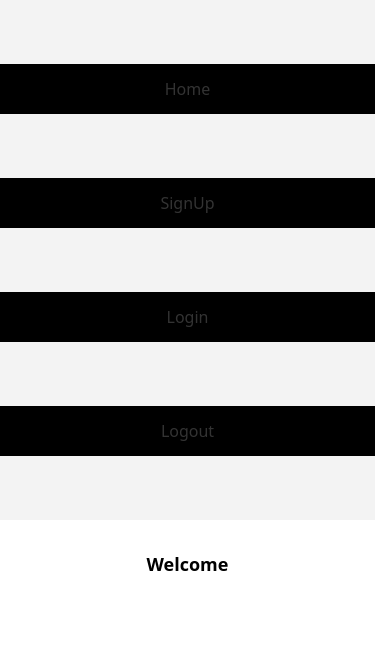
Repository: Ndifoinhilary/authentication
Page: http://localhost/
These files come from the project's save history. The page is drawn as it stood at one moment and after the next save; the edit follows.
The browser window is 375 px wide. The pictures show the whole page.
The page is served by the project's application, run on Django 3.2 (manage.py). Other server files are loaded and not shown.

Above is the page before, as saved 2024-01-03 10:36:09.

### Auth/templates/home.html
{% load static %}
<!DOCTYPE html>
<html lang="en">
<head>
    <meta charset="UTF-8">
    <meta name="viewport" content="width=device-width, initial-scale=1.0">
    <link rel="stylesheet" href="{% static 'css/home.css' %}">
    <title>Home</title>
</head>
<body>
    <nav class="navbar">
        <a href="#">Home</a>
        <a href="#">SignUp</a>
        <a href="#">Login</a>
        <a href="#">Logout</a>
    </nav>
    <div class="center">

        {% if user.is_authenticated %}
            <h1> Welcome {user.email}  </h1>
            {% else %}
            <h1> Welcome   </h1>
        {% endif %}

    </div>
</body>
</html>

### Auth/views.py
# pylint: disable=unused-argument
from django.shortcuts import render, redirect
from django.contrib import messages
from django.contrib.auth import authenticate, login
from Auth.forms import RegistrationForm

# Create your views here.


def homePage(request):
    user = request.user
    return render(request, "home.html", {"user": user})


def registerUser(request):
    form = RegistrationForm()

    if request.method == "POST":
        form = RegistrationForm(request.POST)
        if form.is_valid():
            user = form.save(commit=False)
            user.email = user.email.lower()
            user.save()

            messages.success(request, "Your account has been created successfully")

            if user is not None:
                login(request, user)
                return redirect("home")
        else:
            messages.error(request, "Check your credentials and try again")
    return render(request, "login.html", {"form": form})


def loginUser(request):
    pass


def logoutUser(request):
    pass

### authentication/urls.py
from django.contrib import admin
from django.urls import path, include
from django.conf import settings
from django.conf.urls.static import static

urlpatterns = [path("admin/", admin.site.urls), path("", include("Auth.urls"))]


urlpatterns += static(settings.MEDIA_URL, document_root=settings.MEDIA_ROOT)
urlpatterns += static(settings.STATIC_URL, document_root=settings.MEDIA_ROOT)

### Auth/urls.py
# pylint: disable=trailing-whitespace
from django.urls import path

from . import views


urlpatterns = [
    path("", views.homePage, name="home"),
    path("auth/login/", views.loginUser, name="login"),
    path("auth/register/", views.registerUser, name="register"),
    path("auth/logout/", views.logoutUser, name="logout"),
]

### static/css/home.css
*{
    margin: 0;
    padding: 0;
    box-sizing: border-box;
}

body{
    font-family: system-ui, -apple-system, BlinkMacSystemFont, 'Segoe UI', Roboto, Oxygen, Ubuntu, Cantarell, 'Open Sans', 'Helvetica Neue', sans-serif;
}


a{
 text-decoration: none;
 text-transform: capitalize;
 align-items: center;
 padding: 4rem;
 margin: 4rem auto;
 margin-top: 4rem;
 background: black;
}

h1{
    font-size: large;
    text-transform: capitalize;
    text-align: center;
    margin: 2rem auto;
    clear: both;
}


.navbar {
    background-color: #f3f3f3; /* Light grayish color */
    overflow: hidden;
    text-align: center;
}

.navbar a {
    display: inline-block;
    color: #333; /* Dark grayish color */
    text-align: center;
    padding: 14px 16px;
    text-decoration: none;
    transition: background-color 0.3s;
}

.navbar a:hover {
    background-color: #ddd; /* Hover color */
    color: black;
}

@media screen and (max-width: 600px) {
    .navbar a {
        display: block;
        width: 100%;
        text-align: center;
    }
}

After the next save:
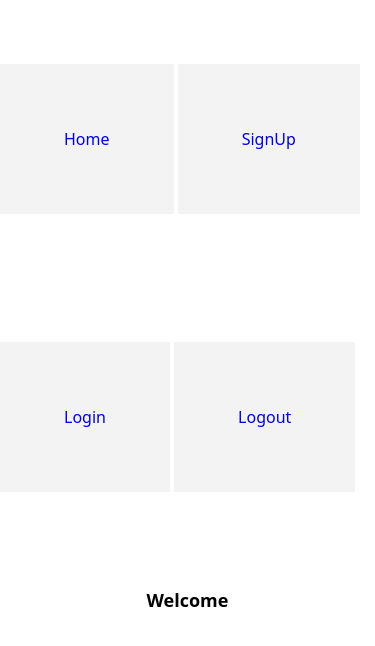
Saved 2 min 44 s later.
--- a/static/css/home.css
+++ b/static/css/home.css
@@ -10,13 +10,14 @@ body{
 
 
 a{
+display: inline-block;
  text-decoration: none;
  text-transform: capitalize;
- align-items: center;
+ text-align: center;
  padding: 4rem;
  margin: 4rem auto;
  margin-top: 4rem;
- background: black;
+ background: #f3f3f3;
 }
 
 h1{
@@ -24,34 +25,8 @@ h1{
     text-transform: capitalize;
     text-align: center;
     margin: 2rem auto;
-    clear: both;
+
 }
 
 
-.navbar {
-    background-color: #f3f3f3; /* Light grayish color */
-    overflow: hidden;
-    text-align: center;
-}
-
-.navbar a {
-    display: inline-block;
-    color: #333; /* Dark grayish color */
-    text-align: center;
-    padding: 14px 16px;
-    text-decoration: none;
-    transition: background-color 0.3s;
-}
-
-.navbar a:hover {
-    background-color: #ddd; /* Hover color */
-    color: black;
-}
-
-@media screen and (max-width: 600px) {
-    .navbar a {
-        display: block;
-        width: 100%;
-        text-align: center;
-    }
-}
+/*  */
